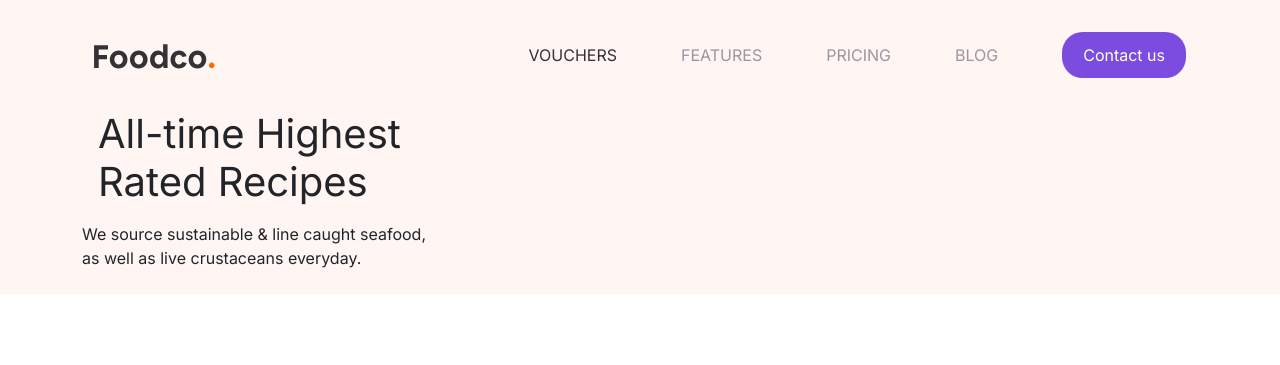
Repository: badhon252/Foodco
Page: index.html
These files come from the project's save history. The page is drawn as it stood at one moment and after the next save; the edit follows.
The browser window is 1280 px wide. The pictures show the whole page.
The style sheet was rebuilt from its Sass, Less or Tailwind sources for each picture, by a compiler version that may differ from the author's.

Above is the page before, as saved 2022-09-15 15:29:37.

### index.html
<!DOCTYPE html>
<html lang="en">

<head>
    <meta charset="UTF-8">
    <meta http-equiv="X-UA-Compatible" content="IE=edge">
    <meta name="viewport" content="width=device-width, initial-scale=1.0">
    <!-- bootstrap cdn link  -->
    <!-- I'm using bootstrap 5 for this project, Let's code!  -->
    <!-- CSS only -->
    <link href="https://cdn.jsdelivr.net/npm/bootstrap@5.2.1/dist/css/bootstrap.min.css" rel="stylesheet"
        integrity="sha384-iYQeCzEYFbKjA/T2uDLTpkwGzCiq6soy8tYaI1GyVh/UjpbCx/TYkiZhlZB6+fzT" crossorigin="anonymous">

    <link rel="stylesheet" href="scss/style.css">
    <title>FoodCo</title>
</head>

<body>

    <main id="header">
        <header class="container">

            <nav class="navbar navbar-expand-lg py-3">
                <div class="container-fluid">
                    <a class="navbar-brand" href="#"><img src="./image/logo.svg" alt=""></a>
                    <button class="navbar-toggler" type="button" data-bs-toggle="collapse" data-bs-target="#navbarNav"
                        aria-controls="navbarNav" aria-expanded="false" aria-label="Toggle navigation">
                        <span class="navbar-toggler-icon"></span>
                    </button>
                    <div class="collapse navbar-collapse" id="navbarNav">
                        <ul class="navbar-nav ms-auto py-3">
                            <li class="nav-item">
                                <a class="nav-link active" aria-current="page" href="#">Vouchers</a>
                            </li>
                            <li class="nav-item">
                                <a class="nav-link" href="#">Features</a>
                            </li>
                            <li class="nav-item">
                                <a class="nav-link" href="#">Pricing</a>
                            </li>
                            <li class="nav-item">
                                <a class="nav-link" href="">Blog</a>
                            </li>
                            <button class="btn">Contact us</button>
                        </ul>
                    </div>
                </div>
            </nav>

            <div class="div header-content">
                <div class="row">
                    <div class="col-md-4">
                        <h1 class="px-3">All-time <span>Highest</span> Rated Recipes</h1>
                        <p class="py-2">We source sustainable & line caught seafood, as well as live crustaceans
                            everyday.</p>
                    </div>
                    <div class="col-md-8"></div>
                </div>
            </div>
        </header>
    </main>

</body>

</html>

### scss/style.scss
@import url("https://fonts.googleapis.com/css2?family=Inter:wght@400;600;700;800;900&display=swap");
@font-face {
  font-family: circular;
  src: url(../fonts/Circular_Std_Font.otf);
}
@font-face {
  font-family: AirbnbCereal_W_Bd;
  src: url(../fonts/AirbnbCereal_W_Bd.otf);
}
@font-face {
  font-family: AirbnbCereal_W_Bk;
  src: url(../fonts//AirbnbCereal_W_Bk.otf);
}
@font-face {
  font-family: AirbnbCereal_W_Blk;
  src: url(../fonts/AirbnbCereal_W_Blk.otf);
}
@font-face {
  font-family: AirbnbCereal_W_Lt;
  src: url(../fonts/AirbnbCereal_W_Lt.otf);
}
@font-face {
  font-family: AirbnbCereal_W_Md;
  src: url(../fonts/AirbnbCereal_W_Md.otf);
}
@font-face {
  font-family: AirbnbCereal_W_XBd;
  src: url(../fonts/AirbnbCereal_W_XBd.otf);
}
* {
  margin: 0;
  padding: 0;
  box-sizing: border-box;
  font-family: "Inter", sans-serif;
  //   font-family: circular;
}
// .container {
//   margin: 2rem 14rem;
// }
// .btn,
// .link {
//   cursor: pointer;
// }
.link {
  text-decoration: none;
  color: #353237;
}
.btn {
  outline: none;
  border: none;
  padding: 12px 25px;
  font-size: 1rem;
  font-weight: 400;
}
.active {
  color: #353237 !important;
}
li {
  list-style-type: none;
}
.py-1 {
  padding: 1rem 0;
}
.py-2 {
  padding: 2rem 0;
}
.py-3 {
  padding: 3rem 0;
}
.py-4 {
  padding: 4rem 0;
}
.my-1 {
  margin: 1rem 0;
}
.my-1 {
  margin: 1rem 0;
}
.my-2 {
  margin: 2rem 0;
}
.my-3 {
  margin: 3rem 0;
}
.my-4 {
  margin: 4rem 0;
}
.my-5 {
  margin: 5rem 0;
}

// =======================
//===========================
#header {
  background-color: #fff5f2;

  .navbar {
    .navbar-nav {
      align-items: center;
      .nav-item {
        margin: 0 1.5rem;
        .nav-link {
          font-weight: 500;
          font-size: 1rem;
          line-height: 20px;
          text-transform: uppercase;
          color: #9a97a1;
          //   color: #353237;
          &:hover {
            color: #353237;
          }
        }
      }
      .btn {
        background-color: #7b4cdf;
        border-radius: 20.5px;
        color: #fff;
        margin-left: 2rem;
        padding: 11px 21px;
      }
    }
  }
}

After the next save:
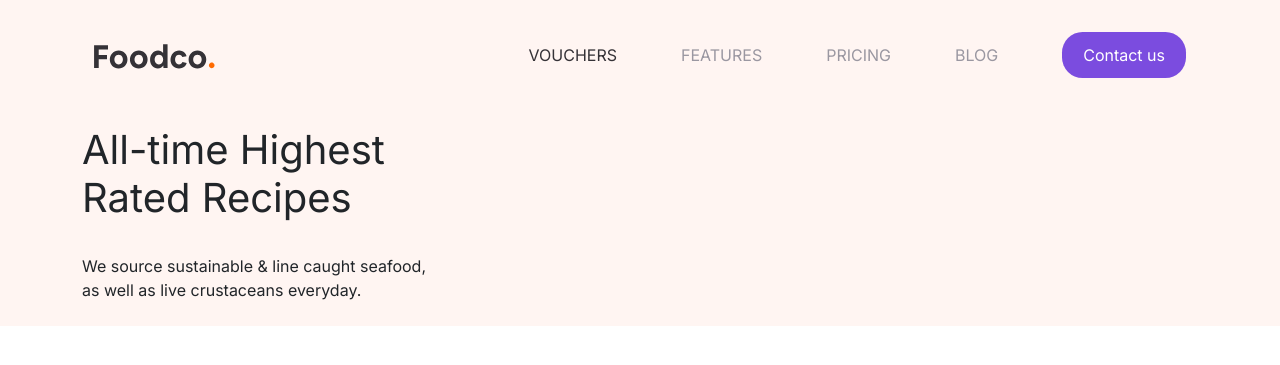
Saved 17 s later.
--- a/index.html
+++ b/index.html
@@ -50,7 +50,7 @@
             <div class="div header-content">
                 <div class="row">
                     <div class="col-md-4">
-                        <h1 class="px-3">All-time <span>Highest</span> Rated Recipes</h1>
+                        <h1 class="py-3">All-time <span>Highest</span> Rated Recipes</h1>
                         <p class="py-2">We source sustainable & line caught seafood, as well as live crustaceans
                             everyday.</p>
                     </div>
